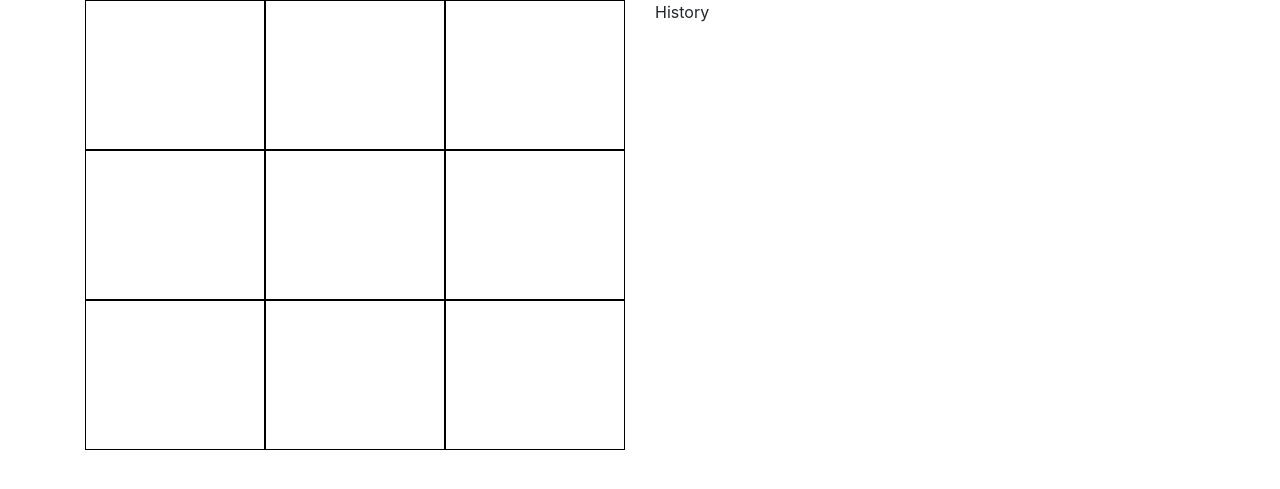
Repository: tts2610/Tic-Tac_Toe
Page: /
The author's editor kept a copy of each file at every save. The page is drawn from the files as they stood at one save, then again after a run of saves.
The browser window is 1280 px wide. The pictures show the whole page.
The project was rebuilt for these pictures with package versions that can differ from the ones it lists, and the page was loaded fresh each time.

Above is the page before, as saved 2020-06-02 12:05:11.

After the next 2 saves:
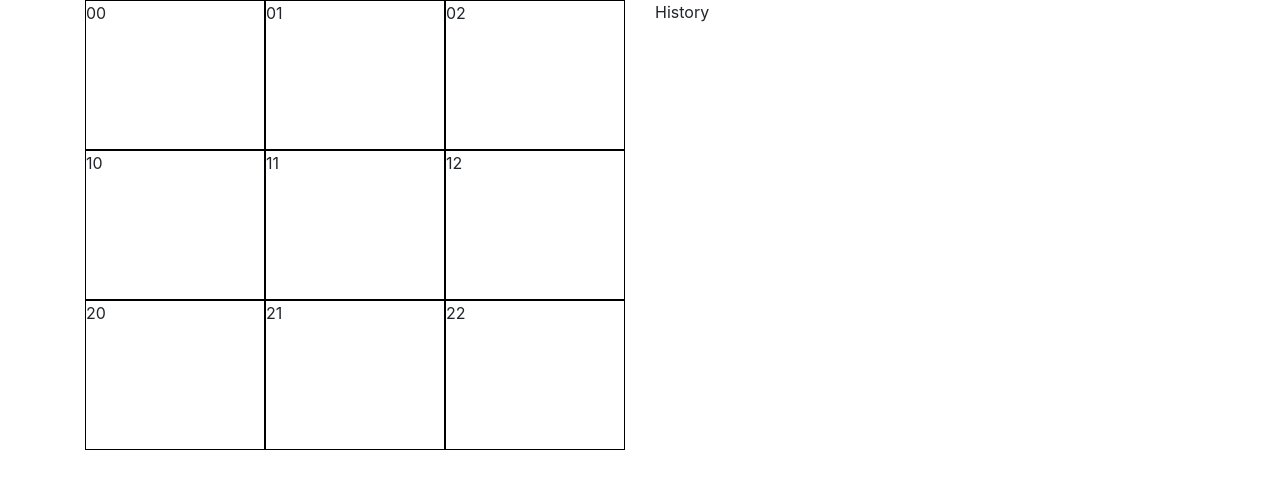
The 2 saves are shown as one change because 1 did not build or start.
The last was saved 6 min 47 s later.
--- a/src/components/Board.js
+++ b/src/components/Board.js
@@ -5,17 +5,17 @@ import * as mySetting from "../settings";
 
 export default class Board extends Component {
   state = {
-    square: mySetting.square,
+    board: mySetting.board,
     currentMove: "",
   };
   renderSquare(row) {
     let rowSquare = [];
-    this.state.square.forEach((element) => {
+    this.state.board.forEach((element) => {
       if (element.id[0] === row)
         rowSquare.push(
           <Col sm={4} style={mySetting.styles.col} key={element.id}>
             <Square
-              value={element.value}
+              value={element.id}
               onClick={() => this.onClickSquareHandle(element.id)}
             />
           </Col>
@@ -24,8 +24,19 @@ export default class Board extends Component {
     return rowSquare;
   }
   onClickSquareHandle(element) {
-    alert("aaa");
-    // console.log(element.id);
+    this.setState((state) => {
+      const list = state.board.map((item, j) => {
+        if (item.id === element) {
+          return item + 1;
+        } else {
+          return item;
+        }
+      });
+
+      return {
+        list,
+      };
+    });
   }
   render() {
     return (
--- a/src/settings.js
+++ b/src/settings.js
@@ -13,7 +13,7 @@ export const styles = {
   },
 };
 
-export const square = [
+export const board = [
   {
     id: [0, 0],
     value: "",
